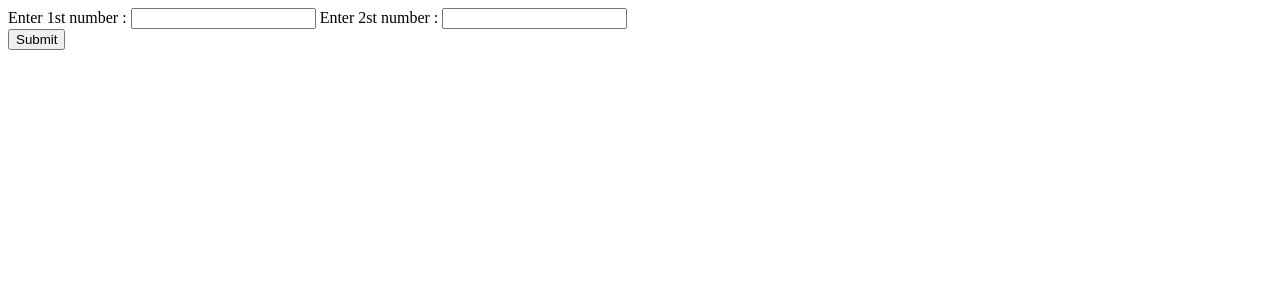
Repository: anupmistry93/ServletJsp
Page: Demo/WebContent/index.html
These files come from the project's save history. The page is drawn as it stood at one moment and after the next save; the edit follows.
The browser window is 1280 px wide. The pictures show the whole page.

Above is the page before, as saved 2019-05-11 16:46:41.

### Demo/WebContent/index.html
<!DOCTYPE html>
<html>

<body>
  <form action= "add" method = "post">

     Enter 1st number : <input type ="text" name="num1"> </input>
     Enter 2st number : <input type ="text" name="num2"><br>
      <input type= "Submit">
  </form>



</body>
</html>

After the next save:
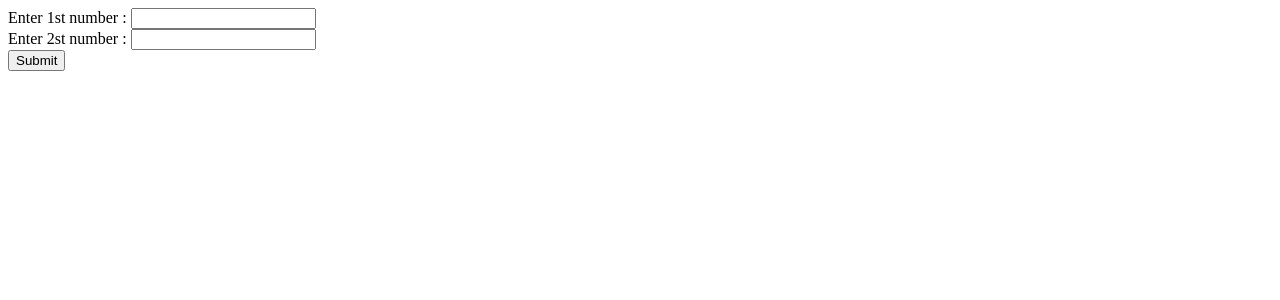
Saved 11 s later.
--- a/Demo/WebContent/index.html
+++ b/Demo/WebContent/index.html
@@ -4,7 +4,7 @@
 <body>
   <form action= "add" method = "post">
 
-     Enter 1st number : <input type ="text" name="num1"> </input>
+     Enter 1st number : <input type ="text" name="num1"><br>
      Enter 2st number : <input type ="text" name="num2"><br>
       <input type= "Submit">
   </form>
